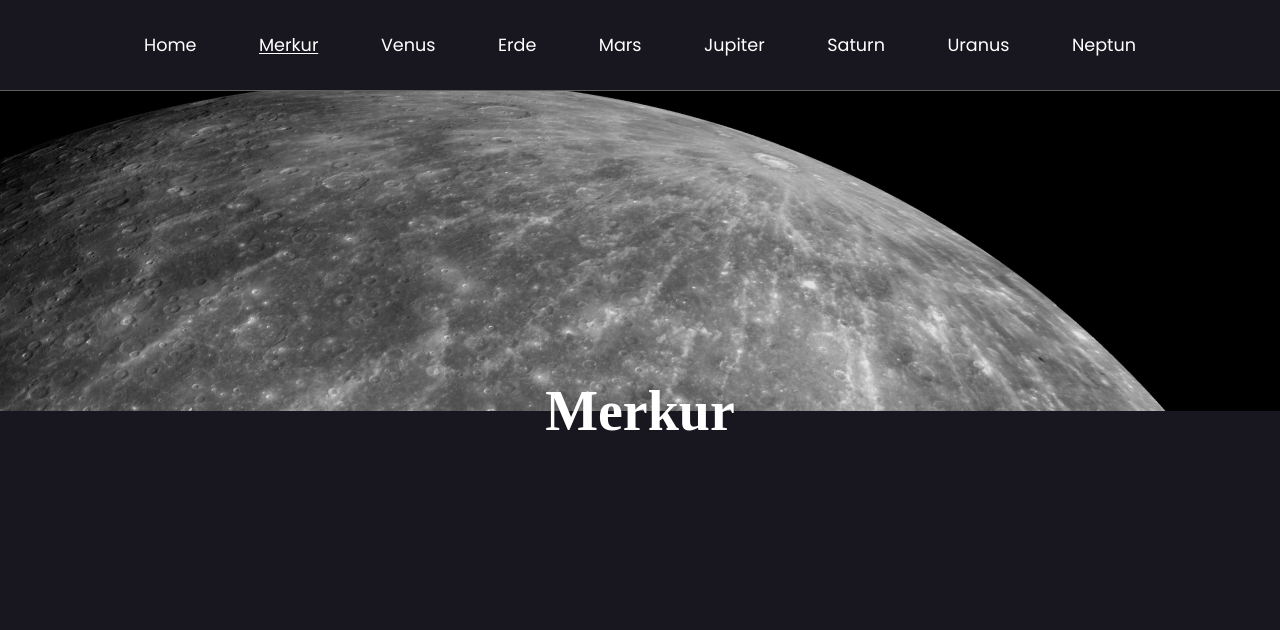
Repository: moreno-livak/solar
Page: dist/html/merkur.html
The author's editor kept a copy of each file at every save. The page is drawn from the files as they stood at one save, then again after the next save.
The browser window is 1280 px wide. The pictures show the whole page.
The style sheet was rebuilt from its Sass, Less or Tailwind sources for each picture, by a compiler version that may differ from the author's.

Above is the page before, as saved 2022-05-07 12:46:48.
Console error: TypeError: Cannot read properties of null (reading 'getAttribute')

After the next save:
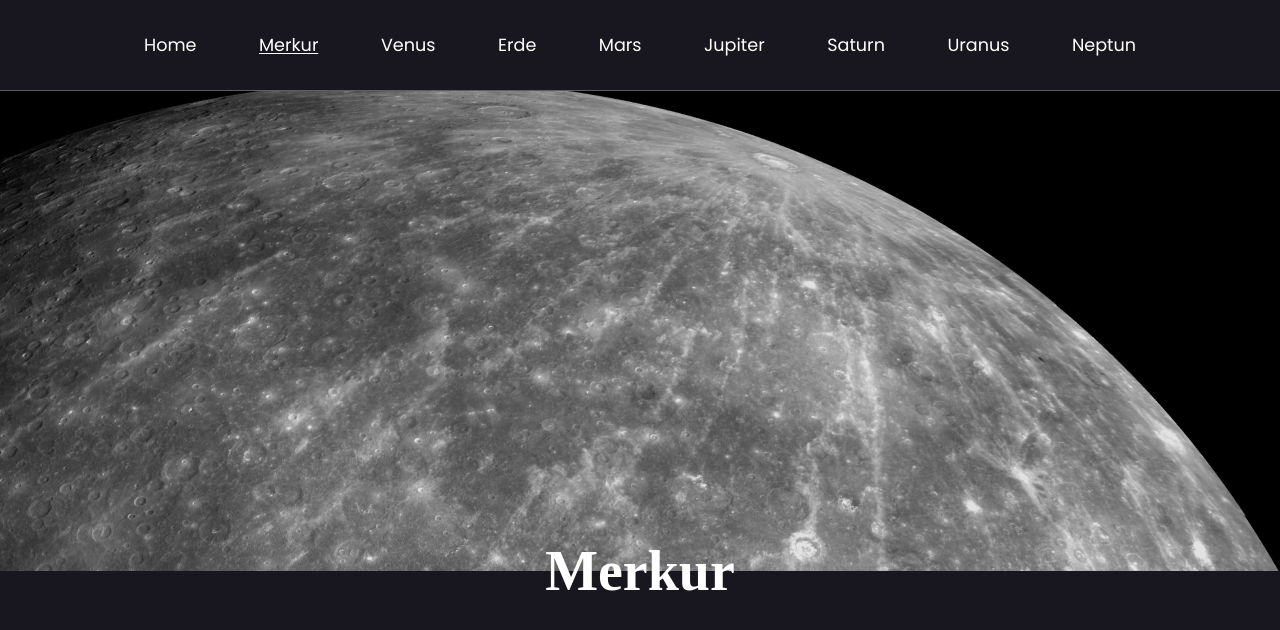
Saved 10 s later.
--- a/src/scss/home.scss
+++ b/src/scss/home.scss
@@ -505,7 +505,7 @@ div.sketchfab-embed-wrapper{
     display: grid;
     place-items: center;
     .image-header{
-        height: 20rem;
+        height: 30rem;
         width: 100%;
         overflow: hidden;
     }
